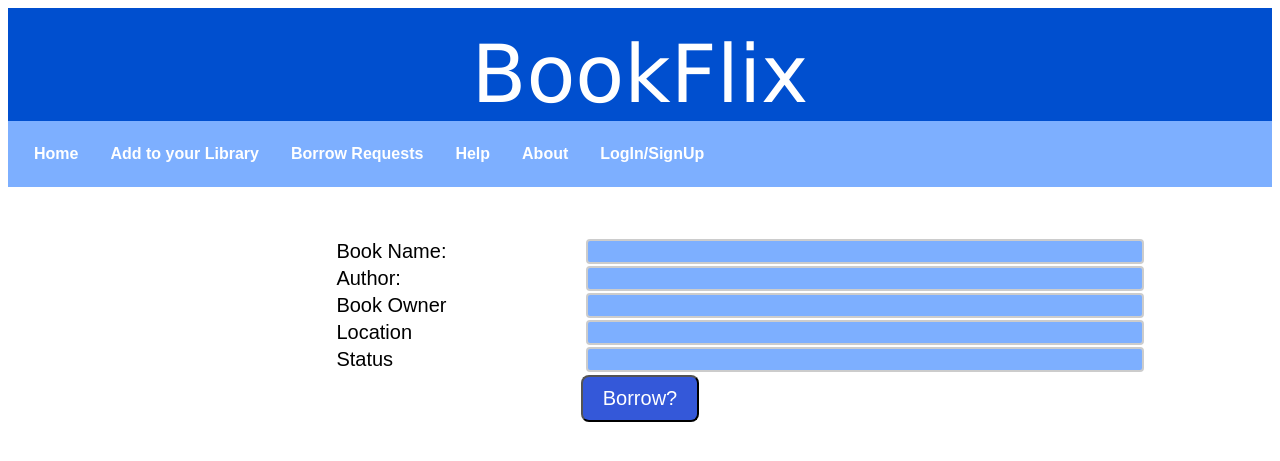
Repository: dan-10/Deloitte
Page: http://localhost/BookFlix/WEB-INF/views/status.jsp
The author's editor kept a copy of each file at every save. The page is drawn from the files as they stood at one save, then again after the next save.
The browser window is 1280 px wide. The pictures show the whole page.
The page is served by Tomcat 9. Nobody is signed in. Other server files are loaded and not shown. The template is opened directly, without the code that normally fills it, so the values that code supplies are empty.

Above is the page before, as saved 2019-08-09 04:54:18.

### DeloitteTrainig/Final Project BookFlix/BookFlix/src/main/webapp/WEB-INF/views/status.jsp

<%@ page language="java" contentType="text/html; charset=ISO-8859-1"
    pageEncoding="ISO-8859-1"%>
<%@ taglib uri="http://www.springframework.org/tags/form" prefix="f" %>
<%@ taglib uri="http://java.sun.com/jsp/jstl/core" prefix="c" %>

<!DOCTYPE html>
<html>
	<head>
		<meta charset="ISO-8859-1">
		<title>BookFlix</title>
		<style type="text/css"><%@include file="/WEB-INF/views/styles/homeStyles.css" %></style>
		<style>

	.AddBookForm {
	grid-area: AddBookForm;
	font-family: Arial;
	font-size: 20px;
	font-weight: lighter;
	padding-top: 50px;
	text-align: center;
	}

	.butn {
  -webkit-border-radius: 8;
  -moz-border-radius: 8;
  border-radius: 8px;
  font-family: Arial;
  color: #ffffff;
  font-size: 20px;
  background: #3458d9;
  padding: 10px 20px 10px 20px;
  text-decoration: none;
}

.butn:hover {
  background: #6672de;
  text-decoration: none;
}

.td1{

	width: 20%;
	padding-left: 200px;

}

.td {
  color: white;
  width: 30%;
  box-sizing: border-box;
  border: 2px solid #ccc;
  border-radius: 4px;
  font-size: 16px;
  background-color: #7dafff;
  padding-bottom: 10px;
  padding-top:10px;
  padding-left:12px;

}
		</style>
	</head>

	<body>
		<div class="grid-container">
		  <div class="Header">
		  	<div class="heading">
		  		<center>BookFlix</center>
		  	</div>
		  </div>
		  <div class="Navigation">
			<div class="navbar">
				<a href="/home">Home</a>
				<a href="/addBook">Add to your Library</a>
				<a href="/borrow">Borrow Requests</a>
				<a href="/help">Help</a>
				<a href="/about">About</a>
				<a href="/validate">LogIn/SignUp</a>
				<c:if test="${!empty userName}">
					<div class="dropdown">
						<button class="dropbtn">${userName}
							<i class="fa fa-caret-down"></i>
						</button>
						<div class="dropdown-content">
							<a href="/myBooks">My Library</a>
							<a href="/logout">LogOut</a>
						</div>
					</div>
				</c:if>
			</div>
		  </div>
		  </div>

		 <!-- Book and user details area  -->
		 <div class="AddBookForm">
				<center>

					<f:form>
						<table width="80%">
							<tr>
								<td class = "td1">Book Name:</td>
								<td class = "td">${bookname}</td>
							</tr>

							<tr>
								<td class = "td1">Author:</td>
								<td class = "td">${author}</td>
							</tr>
							<tr>
								<td class = "td1">Book Owner</td>
								<td class = "td">${owner}</td>
							</tr>
							<tr>
								<td class = "td1">Location</td>
								<td class = "td">${location}</td>
							</tr>
							<tr>
								<td class = "td1">Status</td>
								<td class = "td">${status}</td>
							</tr>
							<tr>
								<td colspan="2" align="center"><button type ="submit" value = "Add Book" class="butn">Borrow?</button></td>
							</tr>
						</table>
					</f:form>
				</center>
			</div>
	</body>
</html>

### DeloitteTrainig/Final Project BookFlix/BookFlix/src/main/webapp/WEB-INF/views/styles/homeStyles.css
.grid-container {
	grid-template-rows: repeat(auto-fill, minmax(100px, 1fr));
	display: grid;
	grid-template-columns: 1fr 1fr 1fr 1fr 1fr 1fr 1fr 1fr 1fr 1fr 1fr 1fr;
	grid-template-areas: "Header Header Header Header Header Header Header Header Header Header Header Header" "Header Header Header Header Header Header Header Header Header Header Header Header" "Navigation Navigation Navigation Navigation Navigation Navigation Navigation Navigation Navigation Navigation Navigation Navigation" ". SearchPanel SearchPanel SearchPanel SearchPanel SearchPanel SearchPanel SearchPanel SearchPanel SearchPanel SearchPanel ." ". SearchResults SearchResults SearchResults SearchResults SearchResults SearchResults SearchResults SearchResults SearchResults SearchResults ." ". SearchResults SearchResults SearchResults SearchResults SearchResults SearchResults SearchResults SearchResults SearchResults SearchResults ." ". SearchResults SearchResults SearchResults SearchResults SearchResults SearchResults SearchResults SearchResults SearchResults SearchResults ." ". SearchResults SearchResults SearchResults SearchResults SearchResults SearchResults SearchResults SearchResults SearchResults SearchResults ." ". . . . . . . . . . . ." ". . . . . . . . . . . ." ". . . . . . . . . . . .";
}

.Header {
	grid-area: Header;
	background-color: #004fcf;
	font-family: Arial;
	color: #ffffff;
}

.Navigation {
	grid-area: Navigation;
	background-color: #7dafff;
	font-family: Arial;
	color: #ffffff;
	font-size: large;
	padding-top: 10px;
	padding-left: 10px;
	padding-right: 10px;
	padding-bottom: 10px;
}

.SearchPanel {
	grid-area: SearchPanel;
	font-family: Arial;
	font-size: 20px;
	padding-top: 20px;
}

.SearchResults {
	grid-area: SearchResults;
	font-family: Arial;
	font-size: 18px;
	font-weight: lighter;
}

.butn {
  -webkit-border-radius: 8;
  -moz-border-radius: 8;
  border-radius: 8px;
  font-family: Arial;
  color: #ffffff;
  font-size: 20px;
  background: #3458d9;
  padding: 10px 20px 10px 20px;
  text-decoration: none;
}

.butn:hover {
  background: #6672de;
  text-decoration: none;
}

input[type=text] {
  width: 50%;
  box-sizing: border-box;
  border: 2px solid #ccc;
  border-radius: 4px;
  font-size: 16px;
  background-color: white;
  padding: 12px 20px 12px 40px;
}

input[type=text]:focus {
  width: 100%;
  box-sizing: border-box;
  border: 2px solid #ccc;
  border-radius: 4px;
  font-size: 16px;
  background-color: white;
  padding: 12px 20px 12px 40px;
}

.heading{
	font-family: Verdana;
	font-size: 80px;
	font-weight: lighter;
	padding-top: 20px;
}

.b1{
	font-family: Verdana;
	font-size: 40px;
	font-weight: lighter;
	padding-top: 50px;
}

.b2{
	font-family: Verdana;
	font-size: 10px;
	font-weight: lighter;
	padding-top: 20px;
}

body {
  font-family: Arial, Helvetica, sans-serif;
}

.navbar {
  overflow: hidden;
  background-color: #7dafff;
  font-weight: bold;
}

.navbar a {
  float: left;
  font-size: 16px;
  color: white;
  text-align: center;
  padding: 14px 16px;
  text-decoration: none;

}

.dropdown {
  float: left;
  overflow: hidden;
}

.dropdown .dropbtn {
  font-size: 16px;
  border: none;
  outline: none;
  color: white;
  padding: 14px 16px;
  background-color: inherit;
  font-family: inherit;
  margin: 0;
}

.navbar a:hover, .dropdown:hover .dropbtn {
  background-color: #3458d9;
}

.dropdown-content {
  display: none;
  position: absolute;
  background-color: #f9f9f9;
  min-width: 160px;
  box-shadow: 0px 8px 16px 0px rgba(0,0,0,0.2);
  z-index: 1;
}

.dropdown-content a {
  float: none;
  color: black;
  padding: 12px 16px;
  text-decoration: none;
  display: block;
  text-align: left;
}

.dropdown-content a:hover {
  background-color: #ddd;
}

.dropdown:hover .dropdown-content {
  display: block;
}

After the next save:
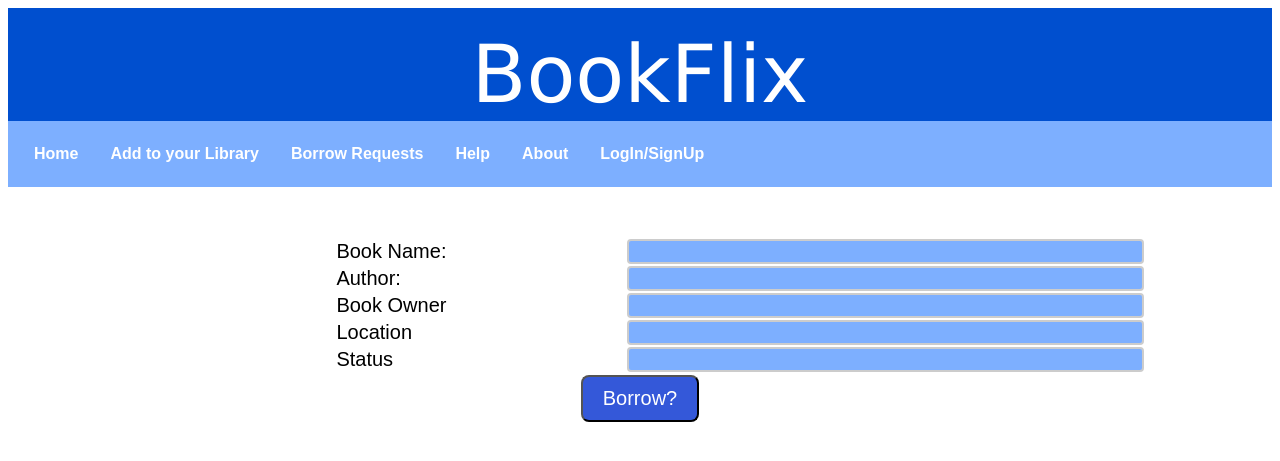
Saved 5 s later.
--- a/DeloitteTrainig/Final Project BookFlix/BookFlix/src/main/webapp/WEB-INF/views/status.jsp
+++ b/DeloitteTrainig/Final Project BookFlix/BookFlix/src/main/webapp/WEB-INF/views/status.jsp
@@ -47,7 +47,7 @@
 
 .td {
   color: white;
-  width: 30%;
+  width: 25%;
   box-sizing: border-box;
   border: 2px solid #ccc;
   border-radius: 4px;
